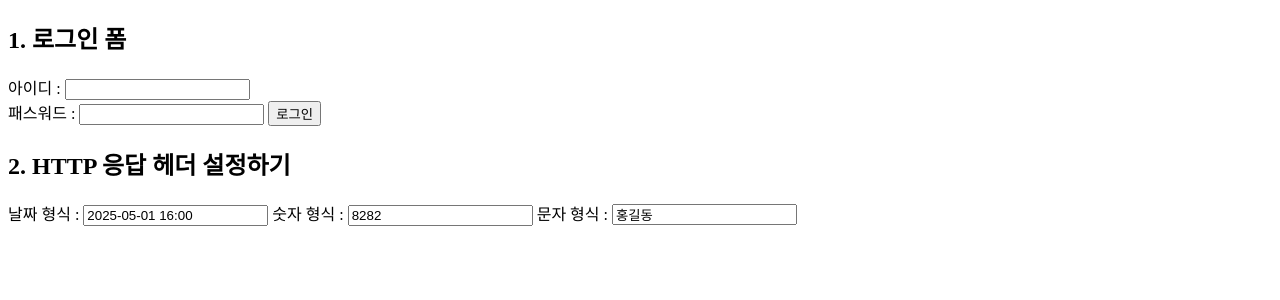
Repository: iamstudybox00/JSP_Servlet
Page: http://localhost/MustHaveJSP/02ImplicitObject/ResponseMain.jsp
These files come from the project's save history. The page is drawn as it stood at one moment and after the next save; the edit follows.
The browser window is 1280 px wide. The pictures show the whole page.
The page is served by Tomcat 10.

Above is the page before, as saved 2025-05-02 07:16:43.

After the next save:
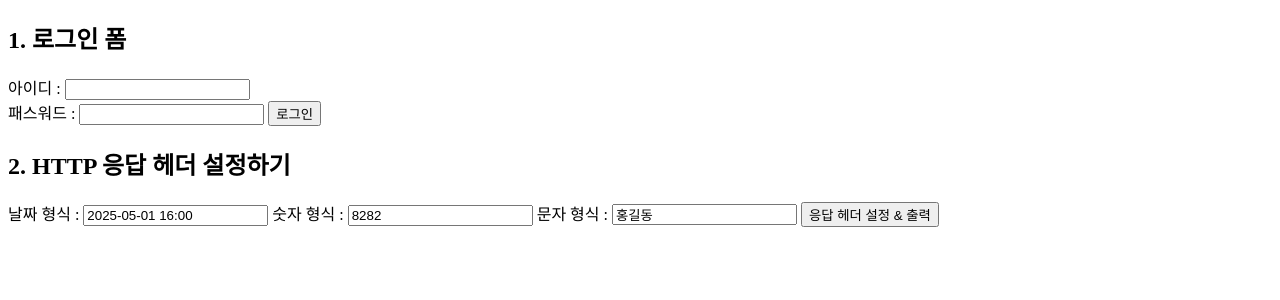
Saved 45 s later.
--- a/MustHaveJSP/src/main/webapp/02ImplicitObject/ResponseMain.jsp
+++ b/MustHaveJSP/src/main/webapp/02ImplicitObject/ResponseMain.jsp
@@ -25,6 +25,7 @@
 			날짜 형식 : <input type="text" name="add_date" value="2025-05-01 16:00" />
 			숫자 형식 : <input type="text" name="add_int" value="8282" />
 			문자 형식 : <input type="text" name="add_str" value="홍길동" />
+			<input type="submit" value="응답 헤더 설정 & 출력" />
 		</form>
 	</body>
 </html>
